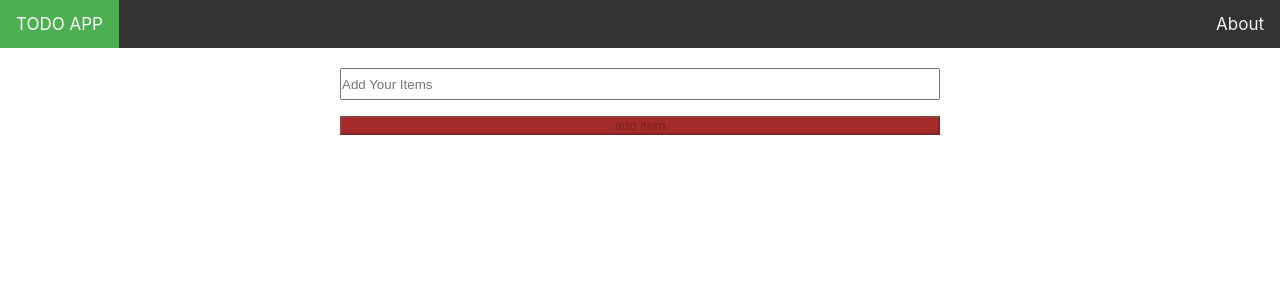
Repository: hoangphuong965/myTodoList
Page: /
These files come from the project's save history. The page is drawn as it stood at one moment and after a run of saves; the edit follows.
The browser window is 1280 px wide. The pictures show the whole page.
The project was rebuilt for these pictures with package versions that can differ from the ones it lists, and the page was loaded fresh each time. Also part of the build but not shown: src/components/TodoItems.js.

Above is the page before, as saved 2020-06-01 21:29:08.

### public/index.html
<!DOCTYPE html>
<html lang="en">
  <head>
    <meta charset="utf-8" />
    <link rel="icon" href="%PUBLIC_URL%/favicon.ico" />
    <meta name="viewport" content="width=device-width, initial-scale=1" />
    <meta name="theme-color" content="#000000" />
    <meta
      name="description"
      content="Web site created using create-react-app"
    />
    <link rel="apple-touch-icon" href="%PUBLIC_URL%/logo192.png" />
    <!--
      manifest.json provides metadata used when your web app is installed on a
      user's mobile device or desktop. See https://developers.google.com/web/fundamentals/web-app-manifest/
    -->
    <link rel="manifest" href="%PUBLIC_URL%/manifest.json" />
    <!--
      Notice the use of %PUBLIC_URL% in the tags above.
      It will be replaced with the URL of the `public` folder during the build.
      Only files inside the `public` folder can be referenced from the HTML.

      Unlike "/favicon.ico" or "favicon.ico", "%PUBLIC_URL%/favicon.ico" will
      work correctly both with client-side routing and a non-root public URL.
      Learn how to configure a non-root public URL by running `npm run build`.
    -->
    <title>React App</title>
    <link rel="stylesheet" href="https://maxcdn.bootstrapcdn.com/font-awesome/4.7.0/css/font-awesome.min.css">
  </head>
  <body>
    <noscript>You need to enable JavaScript to run this app.</noscript>
    <div id="root"></div>
    <!--
      This HTML file is a template.
      If you open it directly in the browser, you will see an empty page.

      You can add webfonts, meta tags, or analytics to this file.
      The build step will place the bundled scripts into the <body> tag.

      To begin the development, run `npm start` or `yarn start`.
      To create a production bundle, use `npm run build` or `yarn build`.
    -->
  </body>
</html>

### src/App.js
import React, { Component } from "react";
import Navbar from "./components/Navbar/Navbar";
import TodoInput from "./components/TodoInput";
import TodoList from "./components/TodoList";
import { v4 as uuidv4 } from "uuid";

import "./components/todo.css";

export default class App extends Component {
  state = {
    items: [],
    id: uuidv4(),
    item: "",
    editItem: false,
  };
  handleChange = (e) => {
    this.setState({
      item: e.target.value,
    });
  };
  handleSubmit = (e) => {
    e.preventDefault();
    const newItem = {
      id: this.state.id,
      title: this.state.item,
    };
    const updateItem = [...this.state.items, newItem];
    this.setState({
      items: updateItem,
      id: uuidv4(),
      item: "",
      editItem: false,
    });
  };
  handleDelete = (id) => {
    const deleteItem = this.state.items.filter((item) => item.id !== id);
    this.setState({
      items: deleteItem,
      id: uuidv4(),
      item: "",
      editItem: false,
    });
  };

  handleEdit = (id) => {
    const filterItem = this.state.items.filter((item) => item.id !== id);
    const selectItem = this.state.items.find((item) => item.id === id);
    this.setState({
      items: filterItem,
      id: uuidv4(),
      item: selectItem.title,
      editItem: true,
    });
  };

  render() {
    return (
      <div>
        <Navbar />
        <div className="container">
          <TodoInput
            item={this.state.item}
            id={this.state.id}
            handleChange={this.handleChange}
            handleSubmit={this.handleSubmit}
            handleEdit={this.handleEdit}
          />
          <TodoList
            items={this.state.items}
            handleEdit={this.handleEdit}
            handleDelete={this.handleDelete}
          />
        </div>
      </div>
    );
  }
}

### src/components/Navbar/Navbar.js
import React, { Component } from "react";
import "./navbar.css";

export default class Navbar extends Component {
  render() {
    return (
      <div className="topnav">
        <a className="active" href="#home">
          TODO APP
        </a>
        <a href="#about">About</a>
      </div>
    );
  }
}

### src/components/TodoInput.js
import React, { Component } from "react";

export default class TodoInput extends Component {
  render() {
    const { item, handleChange, handleSubmit, handleEdit } = this.props;
    return (
      <div className="input">
        <form className="form" onSubmit={handleSubmit}>
          <span>
            <input
              type="text"
              className="input"
              placeholder="Add Your Items"
              value={item}
              onChange={handleChange}
            />
          </span>
          <button type="submit" disabled={item ? false : true} className="btn">
            {handleEdit ? "add item" : "edit item"}
          </button>
        </form>
      </div>
    );
  }
}

### src/components/TodoList.js
import React, { Component } from "react";
import TodoItems from "./TodoItems";

export default class TodoList extends Component {
  render() {
    const { items, handleEdit, handleDelete } = this.props;
    return (
      <div>
        <ul className="list">
          {items.map((item) => {
            return (
              <TodoItems
                key={item.id}
                title={item.title}
                handleEdit={() => handleEdit(item.id)}
                handleDelete={() => handleDelete(item.id)}
              />
            );
          })}
        </ul>
      </div>
    );
  }
}

### src/components/todo.css
*{
    margin: 0;
    padding: 0;
    box-sizing: border-box;
}

.container{
    margin: 0 auto;
    width: 600px;
}

.input{
    width: 600px;
    height: 2rem;
    margin: 10px 0px 0px 0px;

}

.list{
    margin: 2.5rem 0 0 0;
}

.item{
    margin: 10px 0 0 0;
    padding: 5px;
}

.item_li{
    list-style: none;
    display: flex;
    justify-content: space-between;
}

.pen{
    margin: 2rem;
}

.btn{
    display: block;
    width: 600px;
    margin: 1rem 0 0 0;
    background-color: brown;
    color: ;
}

### src/components/Navbar/navbar.css
/* Add a black background color to the top navigation */
.topnav {
    background-color: #333;
    overflow: hidden;
    display: flex;
    justify-content: space-between;
  }

  /* Style the links inside the navigation bar */
  .topnav a {
    color: #f2f2f2;
    text-align: center;
    padding: 14px 16px;
    text-decoration: none;
    font-size: 17px;
    transition: all 0.3s linear;
  }

  /* Change the color of links on hover */
  .topnav a:hover {
    background-color: #ddd;
    color: black;
  }

  /* Add a color to the active/current link */
  .topnav a.active {
    background-color: #4CAF50;
    color: white;
  }

Loaded but not shown: src/index.js (common file); src/index.css (common file); src/serviceWorker.js (common file)

After the next 2 saves:
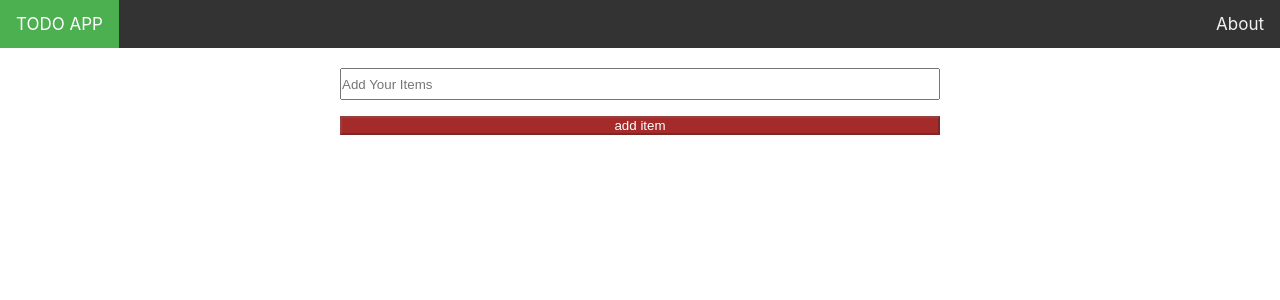
The 2 saves are shown as one change because they came seconds apart.
The last was saved 7 s later.
--- a/src/components/todo.css
+++ b/src/components/todo.css
@@ -40,5 +40,6 @@
     width: 600px;
     margin: 1rem 0 0 0;
     background-color: brown;
-    color: ;
+    color: #ffffff;
+    pad
 }
